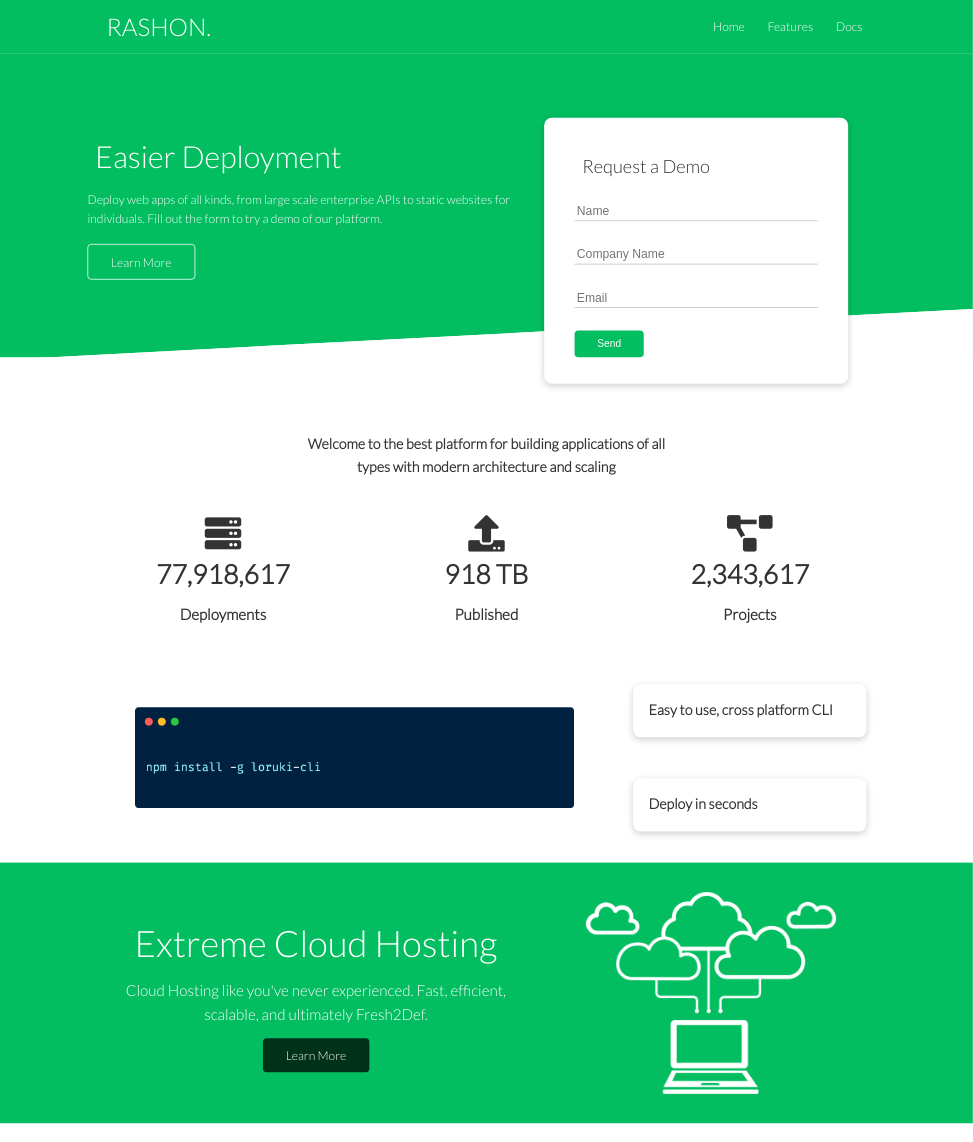
Repository: Skilis/website-modern
Page: index.html
The author's editor kept a copy of each file at every save. The page is drawn from the files as they stood at one save, then again after the next save.
The browser window is 1280 px wide. The pictures show the whole page, at 76% of full size.

Above is the page before, as saved 2020-10-23 15:44:16.

After the next save:
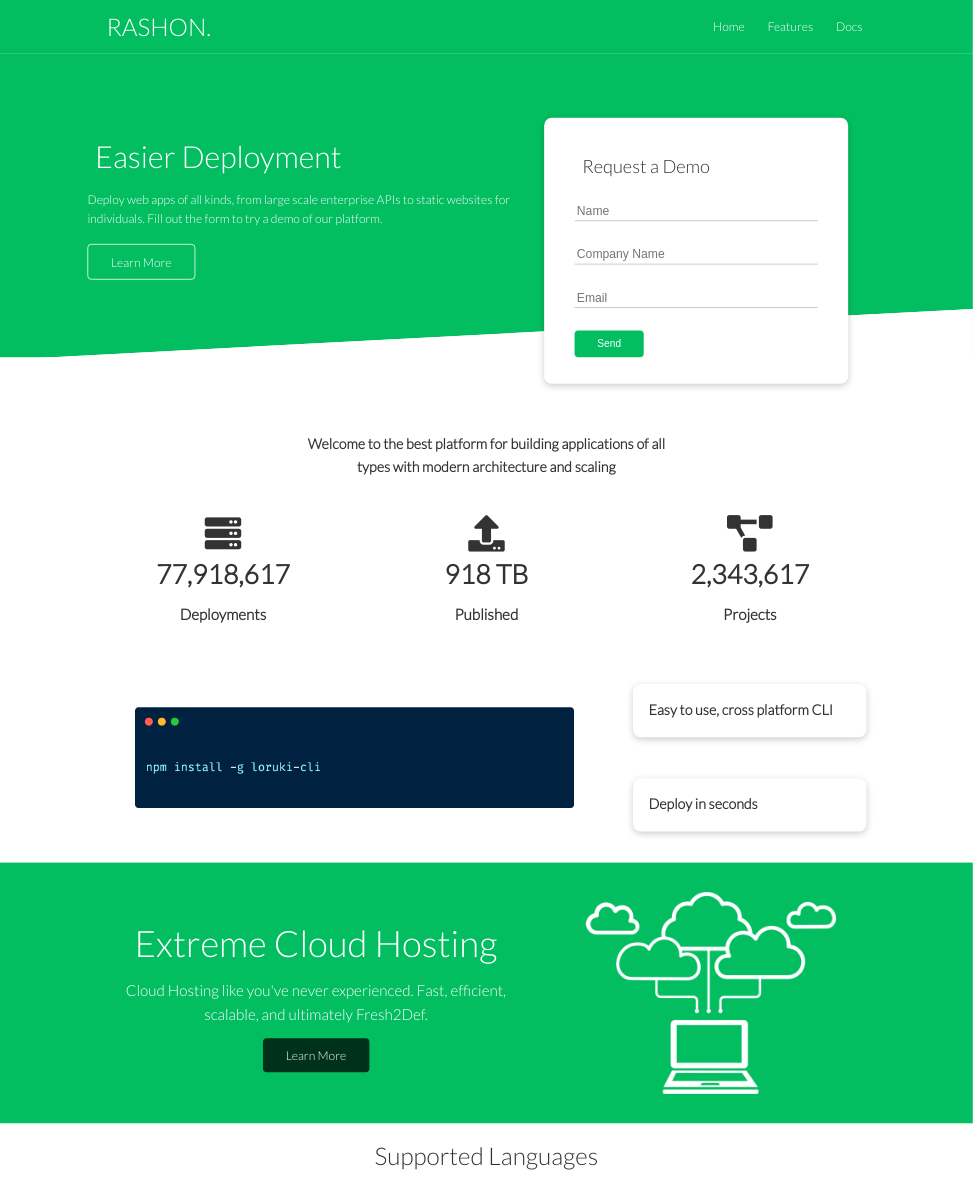
Saved 34 s later.
--- a/index.html
+++ b/index.html
@@ -121,7 +121,8 @@
   <!-- languages -->
 
   <section class="languages">
-    <h2 class="md text-center my-2"></h2>
+    <h2 class="md text-center my-2">Supported Languages</h2>
+    <div class="container"></div>
   </section>
 
 
